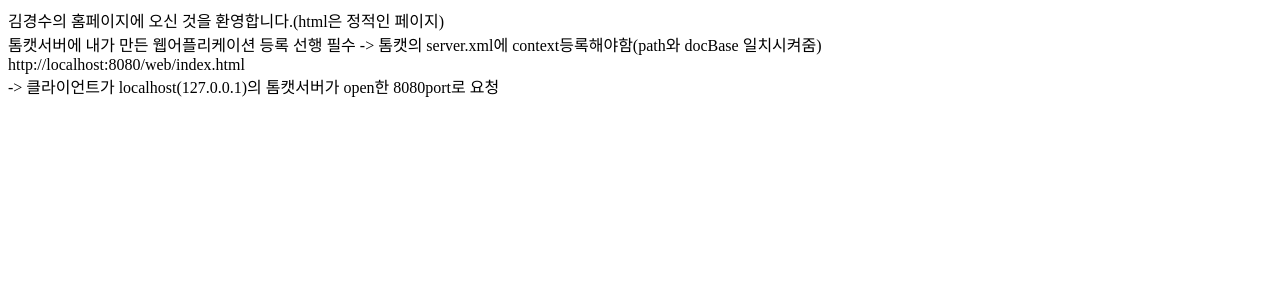
Repository: ainokks071/ServletJSP
Page: WEB/webapp/index.html
The author's editor kept a copy of each file at every save. The page is drawn from the files as they stood at one save, then again after the next save.
The browser window is 1280 px wide. The pictures show the whole page.

Above is the page before, as saved 2023-07-31 08:04:25.

After the next save:
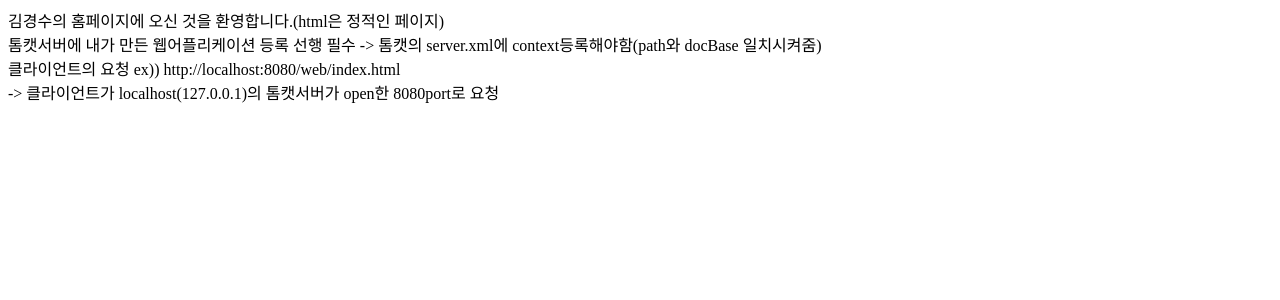
Saved 6 min 44 s later.
--- a/WEB/webapp/index.html
+++ b/WEB/webapp/index.html
@@ -8,7 +8,7 @@
 
 김경수의 홈페이지에 오신 것을 환영합니다.(html은 정적인 페이지) <br>
 톰캣서버에 내가 만든 웹어플리케이션 등록 선행 필수 -> 톰캣의 server.xml에 context등록해야함(path와 docBase 일치시켜줌)<br>
-http://localhost:8080/web/index.html <br>
+클라이언트의 요청 ex)) http://localhost:8080/web/index.html <br>
 -> 클라이언트가 localhost(127.0.0.1)의 톰캣서버가 open한 8080port로 요청<br>
 </body>
 </html>
